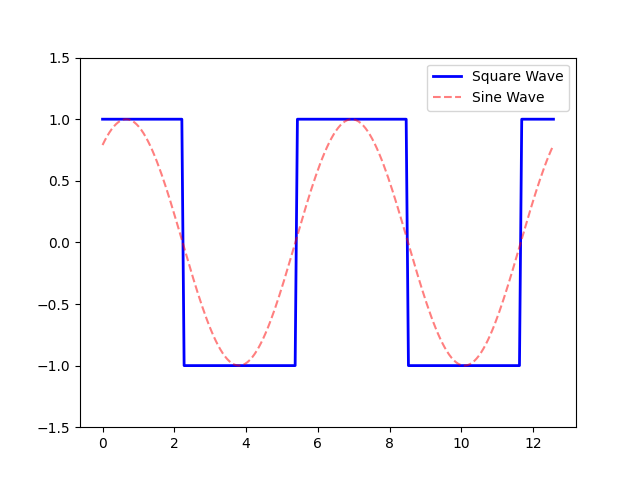
Repository: khulqu15/drone_smc_copppelia
Script's output: python py/realtime.py
An editor plug-in stored every save of this project. The script's output is shown before and after the next save, followed by the edit.
Animations are shown at an early frame. Random numbers start from a fixed seed.

Above is the script's output before, as saved 2024-06-24 00:56:38.

After the next save:
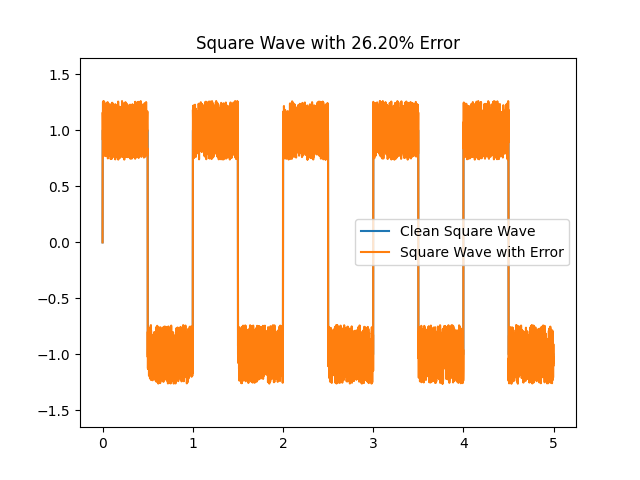
Saved 6 min 31 s later.
--- a/py/realtime.py
+++ b/py/realtime.py
@@ -1,37 +1,40 @@
 import numpy as np
 import matplotlib.pyplot as plt
+import matplotlib.animation as animation
 
-# Initialize parameters and plot
-x_len = 200
-y_range = [-1.5, 1.5]
-xs = np.linspace(0, 4 * np.pi, x_len)
-ys = np.zeros(xs.shape)  # Start with a zero signal
-square_ys = np.sign(ys)  # This will also start as zero because sin(0) = 0
+# Parameter dasar untuk sinyal square wave
+frekuensi = 1  # Frekuensi sinyal dalam Hz
+amplitudo = 1  # Amplitudo sinyal
+durasi = 5     # Durasi sinyal dalam detik
+sampling_rate = 1000  # Jumlah sampel per detik
 
-plt.ion()  # Turn on interactive mode
+# Membuat array waktu berdasarkan durasi dan sampling rate
+t = np.linspace(0, durasi, int(sampling_rate * durasi), endpoint=False)
+
+# Fungsi untuk mengenerate square wave
+def generate_square_wave(t, frekuensi, amplitudo):
+    return amplitudo * np.sign(np.sin(2 * np.pi * frekuensi * t))
+
+# Fungsi untuk mengenerate square wave dengan error
+def generate_square_wave_with_error(t, frekuensi, amplitudo, error):
+    clean_signal = generate_square_wave(t, frekuensi, amplitudo)
+    noise = np.random.uniform(-error, error, size=clean_signal.shape)
+    return clean_signal + noise * clean_signal
+
+# Inisialisasi figure dan axis untuk plotting
 fig, ax = plt.subplots()
-ax.set_ylim(y_range)
+line1, = ax.plot(t, generate_square_wave(t, frekuensi, amplitudo), label='Clean Square Wave')
+line2, = ax.plot(t, generate_square_wave_with_error(t, frekuensi, amplitudo, 0.5), label='Square Wave with Error')
 
-line, = ax.plot(xs, square_ys, 'b-', linewidth=2, label='Square Wave')
-sine_line, = ax.plot(xs, ys, 'r--', alpha=0.5, label='Sine Wave')
-ax.legend()
+# Fungsi update untuk animation
+def update(frame):
+    error_percentage = np.random.uniform(0.05, 0.5)  # Random error percentage between 5% and 50%
+    line2.set_ydata(generate_square_wave_with_error(t, frekuensi, amplitudo, error_percentage))
+    ax.set_title(f"Square Wave with {error_percentage*100:.2f}% Error")
+    return line2,
 
-frame = 0
-try:
-    while True:
-        # Incrementally update the sine wave
-        ys = np.sin(xs + frame * np.pi / 100)  # Increase phase shift slowly
-        square_ys = np.sign(ys)  # Update the square wave based on the sine wave
+# Animasi plot
+ani = animation.FuncAnimation(fig, update, frames=200, interval=50, blit=True)
 
-        # Update the plot lines
-        line.set_ydata(square_ys)
-        sine_line.set_ydata(ys)
-
-        # Refresh the plot
-        fig.canvas.draw()
-        fig.canvas.flush_events()
-        plt.pause(0.05)  # Pause for a bit, to control the update rate
-
-        frame += 1
-except KeyboardInterrupt:
-    print("Stopped animation.")
+plt.legend()
+plt.show()
